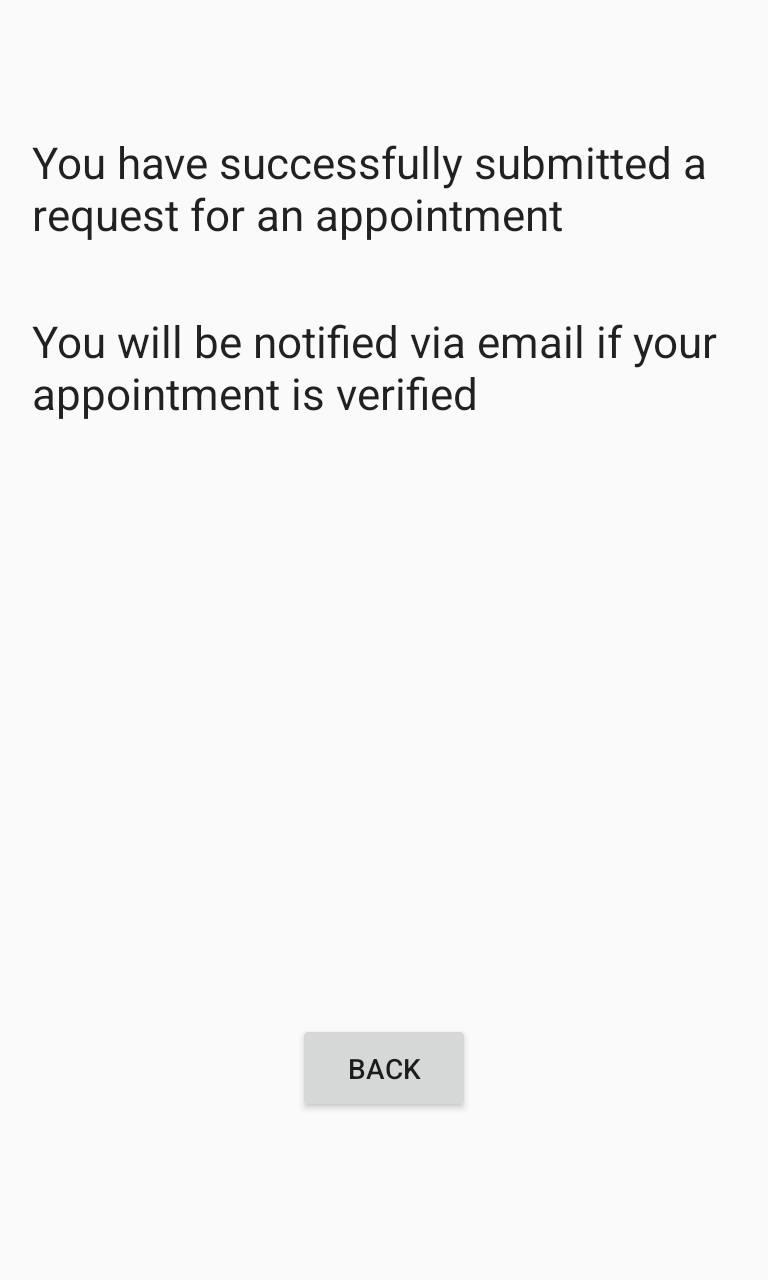
Repository: nave29/sem_1
Layout: VERSION_0.0/sem1_gica/res/layout/activity_formsumbit.xml
An editor plug-in stored every save of this project. The layout is shown before and after the next save, followed by the edit.
It is drawn on a 768 x 1280 px phone screen (xhdpi) without system bars, with theme AppTheme; the app's code is not run.

Above is the layout before, as saved 2014-09-08 11:09:32.

### VERSION_0.0/sem1_gica/res/layout/activity_formsumbit.xml
<RelativeLayout xmlns:android="http://schemas.android.com/apk/res/android"
    xmlns:tools="http://schemas.android.com/tools"
    android:layout_width="match_parent"
    android:layout_height="match_parent"
    android:paddingBottom="@dimen/activity_vertical_margin"
    android:paddingLeft="@dimen/activity_horizontal_margin"
    android:paddingRight="@dimen/activity_horizontal_margin"
    android:paddingTop="@dimen/activity_vertical_margin"
    tools:context="com.example.sem1_gica.Formsumbit" >

    <TextView
        android:id="@+id/textView1"
        android:layout_width="wrap_content"
        android:layout_height="wrap_content"
        android:layout_alignParentTop="true"
        android:layout_centerHorizontal="true"
        android:layout_marginTop="50dp"
        android:text="You have successfully submitted a request for an appointment"
        android:textAppearance="?android:attr/textAppearanceLarge" />

    <TextView
        android:id="@+id/textView2"
        android:layout_width="wrap_content"
        android:layout_height="wrap_content"
        android:layout_alignLeft="@+id/textView1"
        android:layout_below="@+id/textView1"
        android:layout_marginTop="34dp"
        android:text="You will be notified via email if your appointment is verified"
        android:textAppearance="?android:attr/textAppearanceLarge" />

    <Button
        android:id="@+id/button1"
        android:layout_width="wrap_content"
        android:layout_height="wrap_content"
        android:layout_alignParentBottom="true"
        android:layout_centerHorizontal="true"
        android:layout_marginBottom="66dp"
        android:text="Back" />

</RelativeLayout>

Loaded but not shown: VERSION_0.0/sem1_gica/res/values/styles.xml (common file); VERSION_0.0/sem1_gica/res/values-v11/styles.xml (common file); VERSION_0.0/sem1_gica/res/values-v14/styles.xml (common file); VERSION_0.0/sem1_gica/res/values/dimens.xml (common file); VERSION_0.0/sem1_gica/res/values-w820dp/dimens.xml (common file)

After the next save:
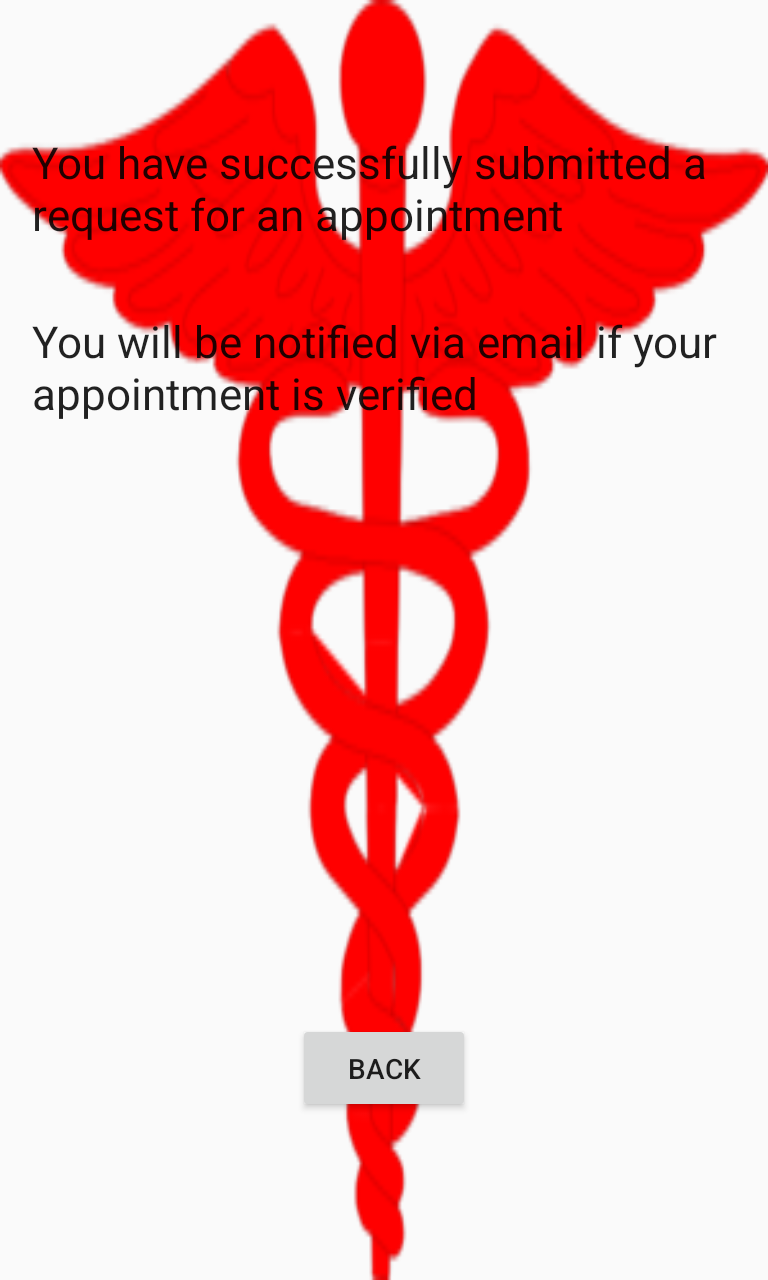
Saved 30 s later.
--- a/VERSION_0.0/sem1_gica/res/layout/activity_formsumbit.xml
+++ b/VERSION_0.0/sem1_gica/res/layout/activity_formsumbit.xml
@@ -6,7 +6,8 @@
     android:paddingLeft="@dimen/activity_horizontal_margin"
     android:paddingRight="@dimen/activity_horizontal_margin"
     android:paddingTop="@dimen/activity_vertical_margin"
-    tools:context="com.example.sem1_gica.Formsumbit" >
+    tools:context="com.example.sem1_gica.Formsumbit"
+    android:background="@drawable/doc" >
 
     <TextView
         android:id="@+id/textView1"
